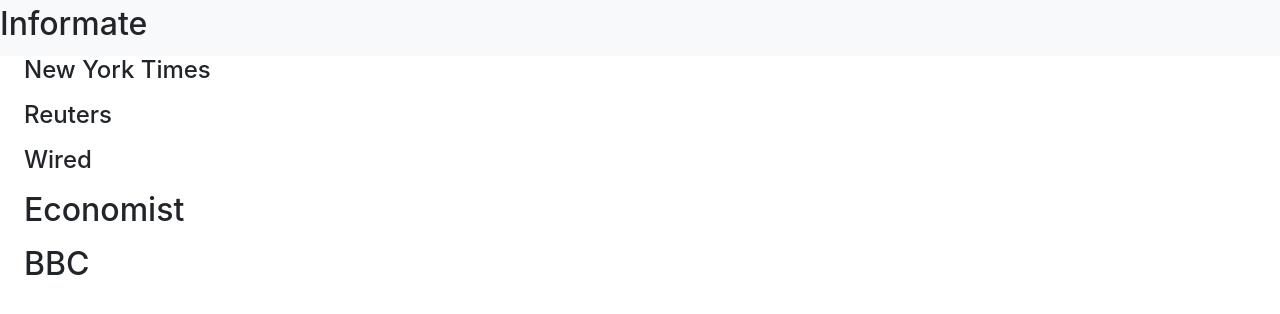
Repository: rbafna6507/newsaggregator-frontend
Page: index.html
The author's editor kept a copy of each file at every save. The page is drawn from the files as they stood at one save, then again after the next save.
The browser window is 1280 px wide. The pictures show the whole page.
The page's requests for data from a server got no answer. Some web libraries are served in a nearby version.

Above is the page before, as saved 2020-12-16 12:48:53.

### index.html
<!DOCTYPE html>
<html>
    <!-- Latest compiled and minified CSS -->
<!-- <link rel="stylesheet" href="https://maxcdn.bootstrapcdn.com/bootstrap/3.4.1/css/bootstrap.min.css"> -->

<head>
    <meta charset="utf-8">
    <meta name="viewport" content="width=device-width, initial-scale=1, shrink-to-fit=no">
    <link rel="stylesheet" href="https://maxcdn.bootstrapcdn.com/bootstrap/4.0.0/css/bootstrap.min.css" integrity="sha384-Gn5384xqQ1aoWXA+058RXPxPg6fy4IWvTNh0E263XmFcJlSAwiGgFAW/dAiS6JXm" crossorigin="anonymous">
    <title>Informate</title>
</head>

<body>
    <nav class="navbar-light bg-light">
        <a class="navbar-brand"><h2>Informate</h2></a>
    </nav>
    <div style="margin-left: 24px">
        <!-- <div>
            <h1>Informate</h1>
        <h6>Reliable, real, and recent news, all in one place</h6> -->
        <div>
            <h4>New York Times</h4>
            <ul id = "nytimes"></ul>
        </div>
        <div>
            <h4>Reuters</h4>
            <ul id = "reuters"></ul>
        </div>
        <div>
            <h4>Wired</h4>
            <ul id = "wired"></ul>
        </div>
        <div>
            <h2>Economist</h2>
            <ul id = "economist"></ul>
        </div>
        <div>
            <h2>BBC</h2>
            <ul id = "bbc"></ul>
        </div>
    </div>
    <script src="https://code.jquery.com/jquery-3.2.1.slim.min.js" integrity="sha384-KJ3o2DKtIkvYIK3UENzmM7KCkRr/rE9/Qpg6aAZGJwFDMVNA/GpGFF93hXpG5KkN" crossorigin="anonymous"></script>
    <script src="https://cdnjs.cloudflare.com/ajax/libs/popper.js/1.12.9/umd/popper.min.js" integrity="sha384-ApNbgh9B+Y1QKtv3Rn7W3mgPxhU9K/ScQsAP7hUibX39j7fakFPskvXusvfa0b4Q" crossorigin="anonymous"></script>
    <script src="https://maxcdn.bootstrapcdn.com/bootstrap/4.0.0/js/bootstrap.min.js" integrity="sha384-JZR6Spejh4U02d8jOt6vLEHfe/JQGiRRSQQxSfFWpi1MquVdAyjUar5+76PVCmYl" crossorigin="anonymous"></script>
</body>
<script>
function createNode(element) {
    return document.createElement(element);
}

function append(parent, el) {
  return parent.appendChild(el);
}

// Send the same request
fetch('https://newsaggregator-api.herokuapp.com/')
    .then(function (response) {
        return response.json(); // But parse it as JSON this time
    })
    .then(function (json) {
        console.log('GET response as JSON:');
        console.log(json);
        lets_do_it("nytimes", json);
        lets_do_it("reuters", json);
        lets_do_it("wired", json);
        lets_do_it("economist", json);
        lets_do_it("bbc", json);
        $(function () {
            $('[data-toggle="popover"]').popover()
})
})
function lets_do_it(ul_id, resp){
    const ul = document.getElementById(ul_id)
    for(var i = 0; i <= 5; i++){
        let document = JSON.stringify(resp[0]);
        document = JSON.parse(document);
        headline = document[0];
        summary = document[1];
        link = document[2];
        source = document[3];
        // document.getElementById("bruhh").innerHTML = headline
        let li = createNode('li'), a = createNode('a');
        a.href = link;
        a.innerHTML = headline;
        a.target = "_blank";
        a.dataset.toggle = "popover";
        a.dataset.placement = "right";
        a.dataset.content = summary;
        a.dataset.trigger = "hover";
        a.title = source;
        append(li, a);
        append(ul, li);
        resp.shift();
    }
}
</script>
</html>

After the next save:
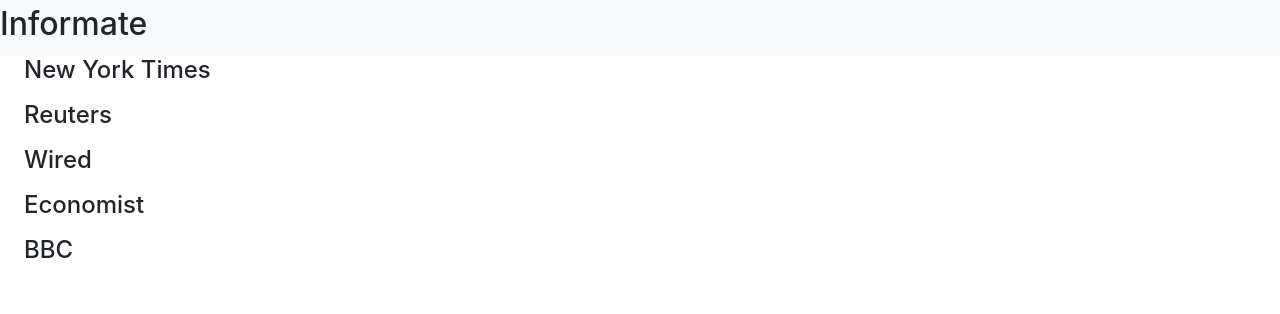
Saved 18 s later.
--- a/index.html
+++ b/index.html
@@ -31,11 +31,11 @@
             <ul id = "wired"></ul>
         </div>
         <div>
-            <h2>Economist</h2>
+            <h4>Economist</h2>
             <ul id = "economist"></ul>
         </div>
         <div>
-            <h2>BBC</h2>
+            <h4>BBC</h4>
             <ul id = "bbc"></ul>
         </div>
     </div>
